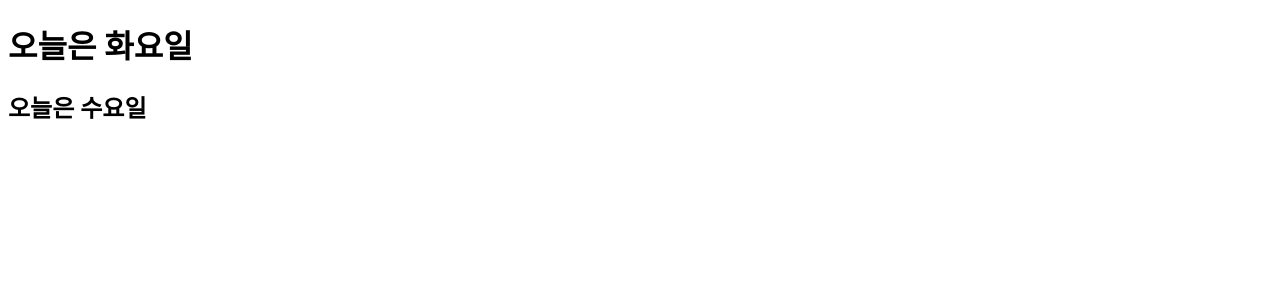
Repository: Shinhan1/shinhan
Page: http://localhost/web_goott/w20200324/jQueryEx07.jsp
An editor plug-in stored every save of this project. The page is shown before and after the next save, followed by the edit.
The browser window is 1280 px wide. The pictures show the whole page.
The page is served by Tomcat 9.

Above is the page before, as saved 2020-03-24 00:58:36.

### web_goott/WebContent/w20200324/jQueryEx07.jsp
<%@ page language="java" contentType="text/html; charset=UTF-8"
    pageEncoding="UTF-8"%>
<!DOCTYPE html>
<html>
<head>
<meta charset="UTF-8">
<title>jQueryEx07.jsp</title>
<script src="https://ajax.googleapis.com/ajax/libs/jquery/3.4.1/jquery.min.js"></script>
<script type="text/javascript">

	/* $(document).ready(function(){}); */
	// jquery 버전업이 되면 deprecated 되는 것 확인해 볼 것 ex) $(document).ready

	$(function(){
		$('h1').click(function(){
			//console.log("click");

			var length = $('h1').length;


		});	// h1 click end
	});

</script>
</head>
<body>
	<div id="div1">
		<h1>오늘은 화요일</h1>
	</div>

	<div id="div2">
		<h2>오늘은 수요일</h2>
	</div>


</body>
</html>

After the next save:
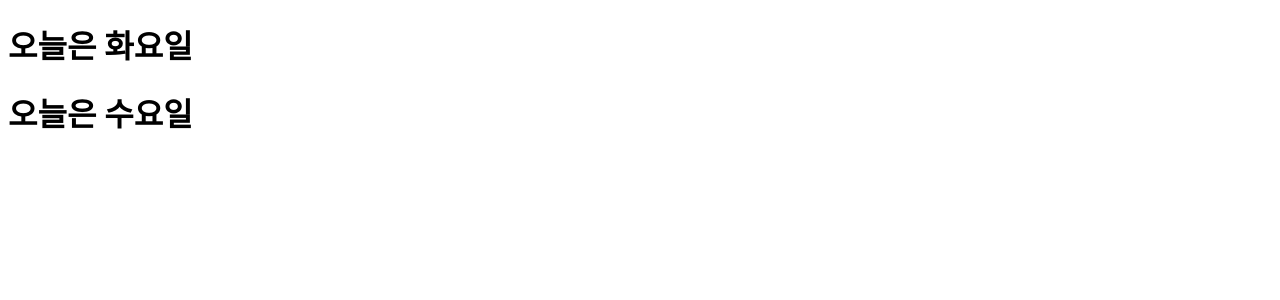
Saved 7 s later.
--- a/web_goott/WebContent/w20200324/jQueryEx07.jsp
+++ b/web_goott/WebContent/w20200324/jQueryEx07.jsp
@@ -29,7 +29,7 @@
 	</div>
 
 	<div id="div2">
-		<h2>오늘은 수요일</h2>
+		<h1>오늘은 수요일</h1>
 	</div>
 
 
